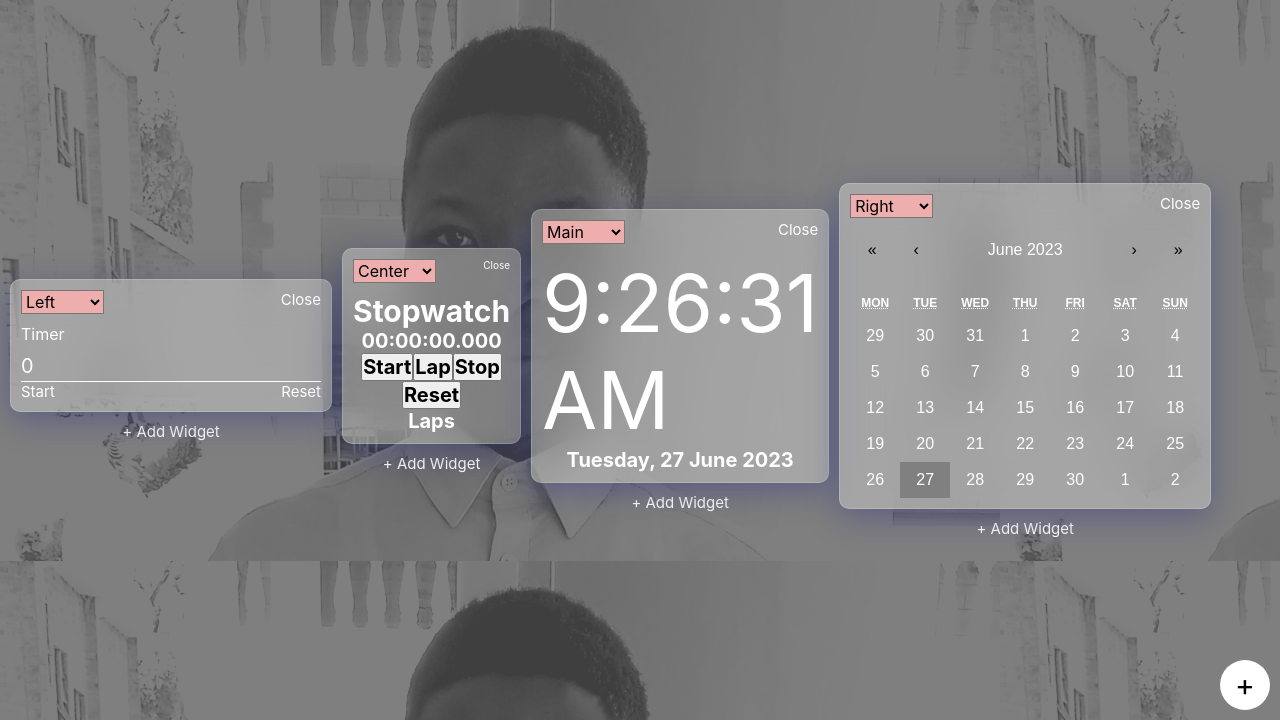
Repository: Angera-Silas/Planner-app
Page: /
The author's editor kept a copy of each file at every save. The page is drawn from the files as they stood at one save, then again after a run of saves.
The browser window is 1280 px wide. The pictures show the whole page.
The project was rebuilt for these pictures with package versions that can differ from the ones it lists, and the page was loaded fresh each time. Also part of the build but not shown: src/widgets/ReminderListWidget.js, src/modals/WidgetGalleryModal.js.

Above is the page before, as saved 2023-06-27 19:00:49.

### src/index.css
body {
  margin: 0;
  font-family: -apple-system, BlinkMacSystemFont, 'Segoe UI', 'Roboto', 'Oxygen',
    'Ubuntu', 'Cantarell', 'Fira Sans', 'Droid Sans', 'Helvetica Neue',
    sans-serif;
  -webkit-font-smoothing: antialiased;
  -moz-osx-font-smoothing: grayscale;
}

code {
  font-family: source-code-pro, Menlo, Monaco, Consolas, 'Courier New',
    monospace;
}
*,
*::before,
*::after {
 box-sizing: border-box;
}

img,
svg,
video,
canvas,
audio,
iframe,
embed,
object {
 display: block;
 max-width: 100%;
}

input,
button,
textarea,
select {
 font: inherit;
 color: black;
}

* {
 margin: 0;
 padding: 0;
 box-sizing: border-box;
 font: inherit;
 color: white;
}

/* width */
::-webkit-scrollbar {
 width: 10px;
}

/* Track */
::-webkit-scrollbar-track {
 background: #363636;
}

/* Handle */
::-webkit-scrollbar-thumb {
 background: #777;
}

/* Handle on hover */
::-webkit-scrollbar-thumb:hover {
 background: #1e1e1e;
}

### src/App.js
import React, { useState } from 'react';
import './App.css';
import ClockWidget from './widgets/ClockWidget';
import WidgetGalleryModal from './modals/WidgetGalleryModal';
import Draggable from 'react-draggable';
import TimerWidget from './widgets/TimerWidget';
import CalendarWidget from './widgets/CalendarWidget';
import MyCustomWidget from './widgets/MyCustomWidget';

function App() {
 const [widgets, setWidgets] = useState([
  { id: new Date().getTime(), component: <ClockWidget />, area: 'main-widget', name: "Date and Time" },
  { id: new Date().getTime() + 2, component: <CalendarWidget />, area: 'right-widget', name: "Calendar" },
  { id: new Date().getTime() + 1, component: <TimerWidget />, area: 'left-widget', name:"Timer" },
  { id: new Date().getTime() + 3 ,component: <MyCustomWidget/>,area: 'center-widget',name:"Stopwatch"},
 ])
 const [showWidgetModal, setShowWidgetModal] = useState(false)
 const [selectedWidgetArea, setSelectedWidgetArea] = useState('')

 const removeWidget = (index) => {
  try {
   setWidgets(widgets.filter(widget => widget.id !== index))
  } catch (error) {
   console.log(error)
  }
 }

 return (
  <>
   {showWidgetModal && <WidgetGalleryModal setShowWidgetModal={setShowWidgetModal} selectedWidgetArea={selectedWidgetArea} widgets={widgets} setWidgets={setWidgets} />}
   <div className="add-button"
    onClick={() => {
     console.log('add button clicked')
     setShowWidgetModal(true)
     setSelectedWidgetArea('none-widget')
    }}
   >
    <p
     className='add-widget-button'
     style={{ background: "none", border: "none", color: "black", fontSize: "30px", cursor: "pointer", backgroundColor: "white", borderRadius: "50%", width: "50px", display: "flex", justifyContent: "center", alignItems: "center", height: "50px", position: "fixed", bottom: "10px", right: "10px" }}
    >+</p>
   </div>
   <div className='none-widget' >
    {widgets.length > 0 && widgets.map((widget, index) => {
     if (widget.area === 'none-widget') {
      return (
       <Draggable>
            <div style={{ padding: 10,}} className='widget-container' >
             <div style={{ marginBottom: 10 }}>
              <select value={widget.area}
               onChange={(e) => {
                let widgetList = [...widgets]
                widgetList[index].area = e.target.value
                setWidgets(widgetList)
               }}
              >
               <option value="none-widget">Floating</option>
               <option value="left-widget">Left</option>
               <option value="main-widget">Main</option>
               <option value="right-widget">Right</option>
               <option value="center-widget">Center</option>
              </select>
              <button
               onClick={() => {
                removeWidget(widget.id)
               }}
               style={{ background: "none", border: "none", color: "white", fontSize: "15px", cursor: "pointer", float: "right" }}
              >Close</button>
             </div>
             {widget.component}
            </div>
       </Draggable>
      )
     }
    })}
   </div>
   <div className="App">
    <div className="container">
     <div className='left-widget'>
      {widgets.length > 0 && widgets.map((widget, index) => {
       if (widget.area === 'left-widget') {
        return (
         <div style={{ padding: 10,}} className='widget-container'>
          <div style={{ marginBottom: 10 }}>
           <select value={widget.area}
            onChange={(e) => {
             let widgetList = [...widgets]
             widgetList[index].area = e.target.value
             setWidgets(widgetList)
            }}
           >
            <option value="none-widget">Floating</option>
            <option value="left-widget">Left</option>
            <option value="main-widget">Main</option>
            <option value="right-widget">Right</option>
            <option value="center-widget">Center</option>
           </select>
           <button
            onClick={() => {
             removeWidget(widget.id)
            }}
            style={{ background: "none", border: "none", color: "white", fontSize: "15px", cursor: "pointer", float: "right" }}
           >Close</button>
          </div>
          {widget.component}
         </div>
        )
       }
      })}
      {widgets.filter(widget => widget.area === 'left-widget').length < 3 && widgets.filter(widget => widget.area === 'left-widget').length > 0 &&
       <button
        className='add-widget-button'
        onClick={() => {
         setShowWidgetModal(true)
         setSelectedWidgetArea('left-widget')
        }}>+ Add Widget</button>
      }
     </div>
     <div className='center-widget'>
      {widgets.length > 0 && widgets.map((widget, index) => {
       if (widget.area === 'center-widget') {
        return (
         <div style={{ padding: 10,}} className='widget-container' >
          <div style={{ marginBottom: 10 }}>
           <select value={widget.area}
            onChange={(e) => {
             let widgetList = [...widgets]
             widgetList[index].area = e.target.value
             setWidgets(widgetList)
            }}
           >
            <option value="none-widget">Floating</option>
            <option value="left-widget">Left</option>
            <option value="main-widget">Main</option>
            <option value="right-widget">Right</option>
            <option value="center-widget">Center</option>
           </select>
           <button
            onClick={() => {
             removeWidget(widget.id)
            }}
            style={{ background: "none", border: "none", color: "white", fontSize: "10px", cursor: "pointer", float: "right" }}
           >Close</button>
          </div>
          {widget.component}
         </div>
        )
       }
      })}
      {widgets.filter(widget => widget.area === 'center-widget').length < 2 &&
       <button
        className='add-widget-button'
        onClick={() => {
         setShowWidgetModal(true)
         setSelectedWidgetArea('center-widget')
        }}>+ Add Widget</button>
      }
     </div>
     <div className='main-widget'>
      {widgets.length > 0 && widgets.map((widget, index) => {
       if (widget.area === 'main-widget') {
        return (
         <div style={{ padding: 10,}} className='widget-container' >
          <div style={{ marginBottom: 10 }}>
           <select value={widget.area}
            onChange={(e) => {
             let widgetList = [...widgets]
             widgetList[index].area = e.target.value
             setWidgets(widgetList)
            }}
           >
            <option value="none-widget">Floating</option>
            <option value="left-widget">Left</option>
            <option value="main-widget">Main</option>
            <option value="right-widget">Right</option>
            <option value="center-widget">Center</option>
           </select>
           <button
            onClick={() => {
             removeWidget(widget.id)
            }}
            style={{ background: "none", border: "none", color: "white", fontSize: "15px", cursor: "pointer", float: "right" }}
           >Close</button>
          </div>
          {widget.component}
         </div>
        )
       }
      })}
      {widgets.filter(widget => widget.area === 'main-widget').length < 2 &&
       <button
        className='add-widget-button'
        onClick={() => {
         setShowWidgetModal(true)
         setSelectedWidgetArea('main-widget')
        }}>+ Add Widget</button>
      }
     </div>
     <div className='right-widget'>
      {widgets.length > 0 && widgets.map((widget, index) => {
       if (widget.area === 'right-widget') {
        return (
         <div style={{ padding: 10,}} className='widget-container'>
          <div style={{ marginBottom: 10 }}>
           <select value={widget.area}
            onChange={(e) => {
             let widgetList = [...widgets]
             widgetList[index].area = e.target.value
             setWidgets(widgetList)
            }}
           >
            <option value="none-widget">Floating</option>
            <option value="left-widget">Left</option>
            <option value="main-widget">Main</option>
            <option value="right-widget">Right</option>
            <option value="center-widget">Center</option>
           </select>
           <button
            onClick={() => {
             removeWidget(widget.id)
            }}
            style={{ background: "none", border: "none", color: "white", fontSize: "15px", cursor: "pointer", float: "right" }}
           >Close</button>
          </div>
          {widget.component}
         </div>
        )
       }
      })}
      {widgets.filter(widget => widget.area === 'right-widget').length < 3 && widgets.filter(widget => widget.area === 'right-widget').length > 0 &&
       <button
        className='add-widget-button'
        onClick={() => {
         setShowWidgetModal(true)
         setSelectedWidgetArea('right-widget')
        }}>+ Add Widget</button>
      }
     </div>
    </div>
   </div>
  </>
 )
}

export default App;

### src/App.css
.App {
  background: url("background.jpg");
  height: 100vh;
  display: flex;
  justify-content: flex-start;
  align-items: center;
  width: 100%;

}

.container {
  display: flex;
  flex-direction: row;
  align-items: flex-start;
  justify-content: space-between;
  gap: 10px;
  width: 100vh;
  padding: 10px;
  max-height: 100vh;
  height: 100%;

}

.item {
  background-color: rgba(255, 255, 255, 0.8);
  border: 1px solid rgba(0, 0, 0);
  padding: 20px;
  font-size: 30px;
  text-align: center;
  width: 15%;
}

.time {
  font-size: 80px;
  color: white;
  text-align: center;
  width: 25%;
}

.date {
  font-size: 20px;
  color: white;
  text-align: center;
  font-weight: bold;
}
 .stopwatch {
 font-size: 20px;
 color: white;
 font-weight: bold;
 text-align: center;
}
.add-widget-button {
  background-color: transparent;
  color: white;
  border: none;
  font-size: 15px;
  text-align: center;
  cursor: pointer;
}

.add-widget-button:hover {
  color: #1e1e1e;
}

.right-widget,
.left-widget,
.main-widget,
.center-widget {
  display: flex;
  justify-content: center;
  align-items: center;
  flex-direction: column;
  gap: 10px;
  height: 100%;
  max-width: 500px;
}

.none-widget {
  position: fixed;
  /* height: 100vh;
  width: 100vw; */
  top: 0px;
  left: 0px;
}

select {
 background-color: #efaeae;
}

/* Modal */
.modal {
  position: fixed;
  z-index: 1;
  padding-top: 100px;
  left: 0;
  top: 0;
  width: 100vw;
  height: 100vh;
  overflow: auto;
  background-color: rgb(0, 0, 0, 0.4);
}

.modal-content {
  background-color: #183A37;
  margin: auto;
  padding: 20px;
  width: 50%;
  max-height: 50vh;
  overflow: scroll;
}

.modal-header {
  display: flex;
  justify-content: space-between;
  align-items: flex-start;
}

.modal-header h2 {
  color: white;
  font-weight: bold;
  font-size: 25px;
}

.row {
  display: flex;
  justify-content: space-between;
  align-items: center;
  gap: 10px;
}

.widget-gallery-item {
  color: black;
  border: 1px solid white;
  padding: 10px;
  margin-bottom: 10px;
}

.text-input {
  outline: none;
  border: none;
  border-bottom: 1px solid white;
  width: 100%;
  background-color: transparent;
  color: white;
  font-size: 20px;
  margin-top: 10px;
  padding-bottom: 3px;
}

.widget-container {
  background: rgba(255, 255, 255, 0.3);
  box-shadow: 0 8px 32px 0 rgba(31, 38, 135, 0.37);
  backdrop-filter: blur(20px);
  -webkit-backdrop-filter: blur(20px);
  border-radius: 10px;
  border: 1px solid rgba(255, 255, 255, 0.18);

}

.widget-gallery-item-name{
  font-size: 20px;
  font-weight: bold;
  margin-bottom: 10px;
}

### src/widgets/ClockWidget.js
import React, { useEffect, useState } from 'react'

export default function ClockWidget() {
  const [time, setTime] = useState(new Date().toLocaleTimeString())
  const [date, setDate] = useState(new Date())
  useEffect(() => {
    const interval = setInterval(() => {
      setTime(new Date().toLocaleTimeString())
      setDate(new Date())
    }, 1000)
    return () => clearInterval(interval)
  }, [])

  const tidyDate = (date) => {
    const dateArray = date
    const day = dateArray.getDay()
    const dateNumber = dateArray.getDate()
    const month = dateArray.getMonth() + 1
    const year = dateArray.getFullYear()

    const days = ['Sunday', 'Monday', 'Tuesday', 'Wednesday', 'Thursday', 'Friday', 'Saturday']
    const months = ['January', 'February', 'March', 'April', 'May', 'June', 'July', 'August', 'September', 'October', 'November', 'December']

    return `${days[day]}, ${dateNumber} ${months[month - 1]} ${year}`

  }

  return (
    <div>
      <p className='time'>{time}</p>
      <p className='date'>{tidyDate(date)}</p>
    </div>
  )
}

### src/widgets/TimerWidget.js
import React, { useEffect, useState } from 'react'

export default function TimerWidget() {
  const [timerListData, setTimerListData] = useState({
    time: 0,
    isRunning: false,
  })

  const tidyTime = (time) => {
    let hours = Math.floor(time / 3600)
    let minutes = Math.floor((time - (hours * 3600)) / 60)
    let seconds = time - (hours * 3600) - (minutes * 60)

    if (hours < 10) { hours = "0" + hours }
    if (minutes < 10) { minutes = "0" + minutes }
    if (seconds < 10) { seconds = "0" + seconds }

    return hours + ':' + minutes + ':' + seconds
  }

  useEffect(() => {
    // timer logic
    let interval = null
    if (timerListData.isRunning && timerListData.time > 0) {
      interval = setInterval(() => {
        setTimerListData({
          ...timerListData,
          time: parseInt(timerListData.time) - 1,
        })
      }, 1000)
    } else if (!timerListData.isRunning && timerListData.time !== 0) {
      setTimerListData({
        ...timerListData,
        isRunning: false,
      })
      clearInterval(interval)
    } else if (timerListData.isRunning && timerListData.time === 0) {
      setTimerListData({
        ...timerListData,
        isRunning: false,
      })
      clearInterval(interval)
      alert('Timer is up!')
    }

      return () => clearInterval(interval)
  }, [timerListData.isRunning, timerListData.time])

  return (
    <div style={{ minWidth: 300 }}>
      <div style={{ display: "flex", justifyContent: "space-between", alignItems: "row" }}>
        <p>Timer</p>
      </div>
      <div className='timer-container'>
        <div className='timer-display'>
          {timerListData.isRunning ?
            <p style={{ textAlign: "center", fontWeight: "bold", fontSize: 20 }}>{tidyTime(timerListData.time)}</p>
            :
            <input type="text" className='text-input' value={timerListData.time} onChange={(e) => {
              setTimerListData({
                ...timerListData,
                time: e.target.value,
              })
            }} />
          }
        </div>
        <div className='timer-controls' style={{ display: "flex", justifyContent: "space-between", alignItems: "center", }}>
          <button
            style={{
              background: "none",
              border: "none",
              color: "white",
              fontSize: "15px",
              cursor: "pointer",
            }}
            onClick={() => {
              setTimerListData({
                ...timerListData,
                isRunning: !timerListData.isRunning,
              })
            }}
          >{timerListData.isRunning ? 'Stop' : 'Start'}</button>
          <button
            style={{
              background: "none",
              border: "none",
              color: "white",
              fontSize: "15px",
              cursor: "pointer",
            }}
            onClick={() => {
              setTimerListData({
                ...timerListData,
                time: 0,
              })
            }}
          >Reset</button>
        </div>
      </div>
    </div>
  )
}

### src/widgets/MyCustomWidget.js
import React, { useEffect, useState } from 'react';
import { BsStopwatch } from 'react-icons/bs'

export default function MyCustomWidget() {
   const [stopwatchData, setStopwatchData] = useState([
  { id: 0, name: "Timer 1", time: 0, isRunning: false, lap: [], time_started: 0, pause: [] },
 ])
 const [selectedRow, setSelectedRow] = useState(0)

 useEffect(() => {
  const interval = setInterval(() => {
   setStopwatchData(stopwatchData.map((stopwatch) => {
    if (stopwatch.isRunning) {
     return { ...stopwatch, time: new Date() - stopwatch.time_started - stopwatch.pause.reduce((a, b) => a + b, 0) }
    }
    return stopwatch
   }))
  }, 10)
  return () => clearInterval(interval)
 }, [stopwatchData])
 const handleStart = (id) => {
  setStopwatchData(stopwatchData.map((stopwatch) => {
   if (stopwatch.id === id) {
    return { ...stopwatch, isRunning: true, time_started: new Date() - stopwatch.time - stopwatch.pause.reduce((a, b) => a + b, 0) }
   }
   return stopwatch
  }))
 }

 const handleStop = (id) => {
  setStopwatchData(stopwatchData.map((stopwatch) => {
   if (stopwatch.id === id) {
    return { ...stopwatch, isRunning: false, pause: [...stopwatch.pause, new Date() - stopwatch.time_started - stopwatch.pause.reduce((a, b) => a + b, 0)] }
   }
   return stopwatch
  }))
 }

 const handleReset = (id) => {
  setStopwatchData(stopwatchData.map((stopwatch) => {
   if (stopwatch.id === id) {
    return { ...stopwatch, time: 0, isRunning: false, lap: [] }
   }
   return stopwatch
  }))
 }

 const handleLap = (id) => {
  setStopwatchData(stopwatchData.map((stopwatch) => {
   if (stopwatch.id === id) {
    return { ...stopwatch, lap: [...stopwatch.lap, stopwatch.time] }
   }
   return stopwatch
  }))
 }
  return (
    <div className='stopwatch'>
      <div style={{ display: "flex", alignItems: "center", flexDirection: "row", justifyContent: "space-between", width: "100%" }}>
      <div style={{ textAlign: "left" }}>
       <h1 style={{ fontWeight: "bold", fontSize: 30 }}>Stopwatch</h1>
      </div>
     </div>

     <p className='main-time-label'>{stopwatchData[selectedRow]?.time > 0 ? new Date(stopwatchData[selectedRow]?.time).toISOString().slice(11, -1) : "00:00:00.000"}</p>
     <div className="main-button-controls">
      <button className={"control-buttons"} onClick={() => handleStart(stopwatchData[selectedRow].id)}>Start</button>
      <button className={"control-buttons"} onClick={() => handleLap(stopwatchData[selectedRow].id)}>Lap</button>
      <button className={"control-buttons"} onClick={() => handleStop(stopwatchData[selectedRow].id)}>Stop</button>
      <button className={"control-buttons"} onClick={() => handleReset(stopwatchData[selectedRow].id)}>Reset</button>
     </div>
     <p className='lap-label'>Laps</p>
     <div className='lap-container'>
      {stopwatchData[selectedRow]?.lap.length > 0 && stopwatchData[selectedRow]?.lap.map((lap, index) => (
       <div style={{ display: "flex", justifyContent: "space-between", width: "500px" }}>
        <p>Lap {index + 1}</p>
        <p className='lap-time-label' key={index}>{new Date(lap).toISOString().slice(11, -1)}</p>
       </div>
      ))}
     </div>
    </div>
  )
}

### src/styles/styles.css
.react-calendar {
  width: 350px;
  max-width: 100%;
  background: transparent;
  font-family: Arial, Helvetica, sans-serif;
  line-height: 1.125em;
}

.react-calendar--doubleView {
  width: 700px;
}

.react-calendar--doubleView .react-calendar__viewContainer {
  display: flex;
  margin: -0.5em;
}

.react-calendar--doubleView .react-calendar__viewContainer > * {
  width: 50%;
  margin: 0.5em;
}

.react-calendar,
.react-calendar *,
.react-calendar *:before,
.react-calendar *:after {
  -moz-box-sizing: border-box;
  -webkit-box-sizing: border-box;
  box-sizing: border-box;
}

.react-calendar button {
  margin: 0;
  border: 0;
  outline: none;
}

.react-calendar button:enabled:hover {
  cursor: pointer;
}

.react-calendar__navigation {
  display: flex;
  height: 44px;
  margin-bottom: 1em;
}

.react-calendar__navigation button {
  min-width: 44px;
  background: none;
}

.react-calendar__navigation button:disabled {
  background-color: #f0f0f0;
}

.react-calendar__navigation button:enabled:hover,
.react-calendar__navigation button:enabled:focus {
  background-color: #e6e6e6;
}

.react-calendar__month-view__weekdays {
  text-align: center;
  text-transform: uppercase;
  font-weight: bold;
  font-size: 0.75em;
}

.react-calendar__month-view__weekdays__weekday {
  padding: 0.5em;
}

.react-calendar__month-view__weekNumbers .react-calendar__tile {
  display: flex;
  align-items: center;
  justify-content: center;
  font-size: 0.75em;
  font-weight: bold;
}

.react-calendar__month-view__days__day--weekend {
  color: #d10000;
}

.react-calendar__month-view__days__day--neighboringMonth {
  color: #757575;
}

.react-calendar__year-view .react-calendar__tile,
.react-calendar__decade-view .react-calendar__tile,
.react-calendar__century-view .react-calendar__tile {
  padding: 2em 0.5em;
}

.react-calendar__tile {
  max-width: 100%;
  padding: 10px 6.6667px;
  background: none;
  text-align: center;
  line-height: 16px;
}

.react-calendar__tile:disabled {
  background-color: #f0f0f0;
}

.react-calendar__tile:enabled:hover,
.react-calendar__tile:enabled:focus {
  background-color: #e6e6e6;
}

.react-calendar__tile--now {
  background: gray;
}

.react-calendar__tile--now:enabled:hover,
.react-calendar__tile--now:enabled:focus {
  background: gray;
}

.react-calendar__tile--hasActive {
  background: #76baff;
}

.react-calendar__tile--hasActive:enabled:hover,
.react-calendar__tile--hasActive:enabled:focus {
  background: #a9d4ff;
}

.react-calendar__tile--active {
  background: #006edc;
  color: white;
}

.react-calendar__tile--active:enabled:hover,
.react-calendar__tile--active:enabled:focus {
  background: #1087ff;
}

.react-calendar--selectRange .react-calendar__tile--hover {
  background-color: #e6e6e6;
}

Loaded but not shown: public/index.html (common file); src/index.js (common file); src/reportWebVitals.js (common file); src/widgets/CalendarWidget.js (common file)

After the next 2 saves:
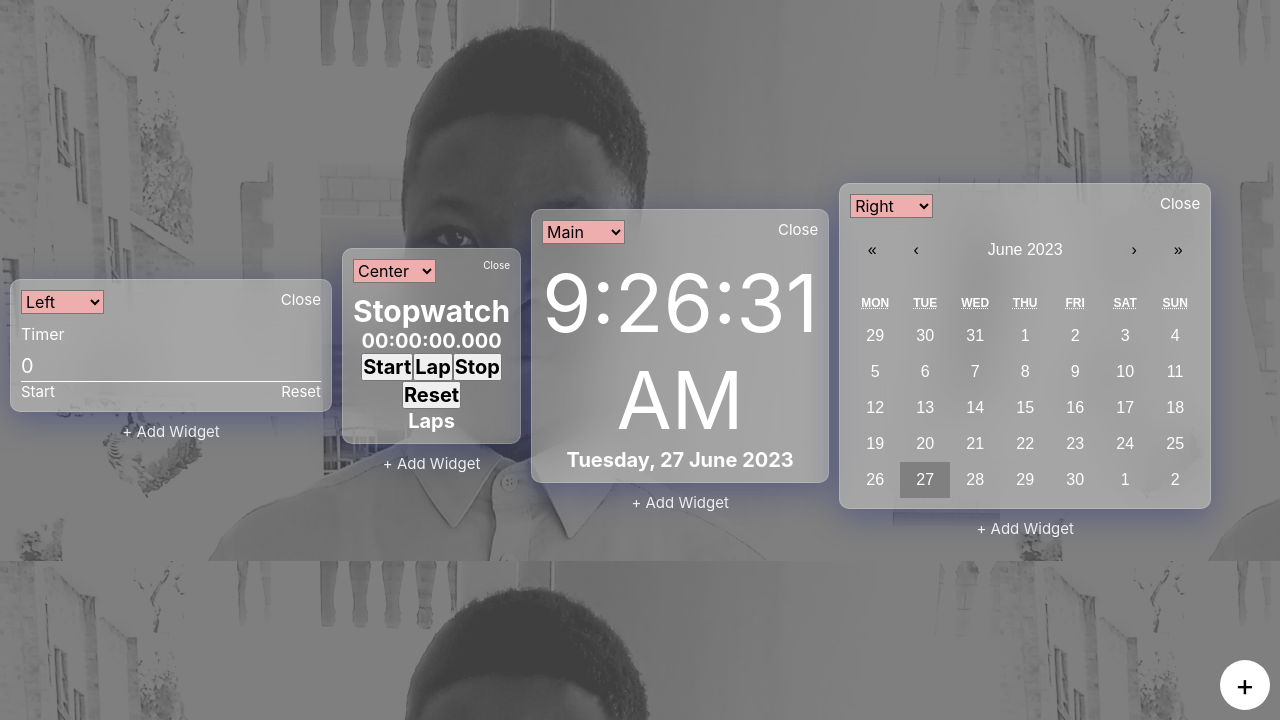
The 2 saves are shown as one change because they came seconds apart.
The last was saved 10 s later.
--- a/src/App.css
+++ b/src/App.css
@@ -27,14 +27,13 @@
   padding: 20px;
   font-size: 30px;
   text-align: center;
-  width: 15%;
+  width
 }
 
 .time {
   font-size: 80px;
   color: white;
   text-align: center;
-  width: 25%;
 }
 
 .date {
